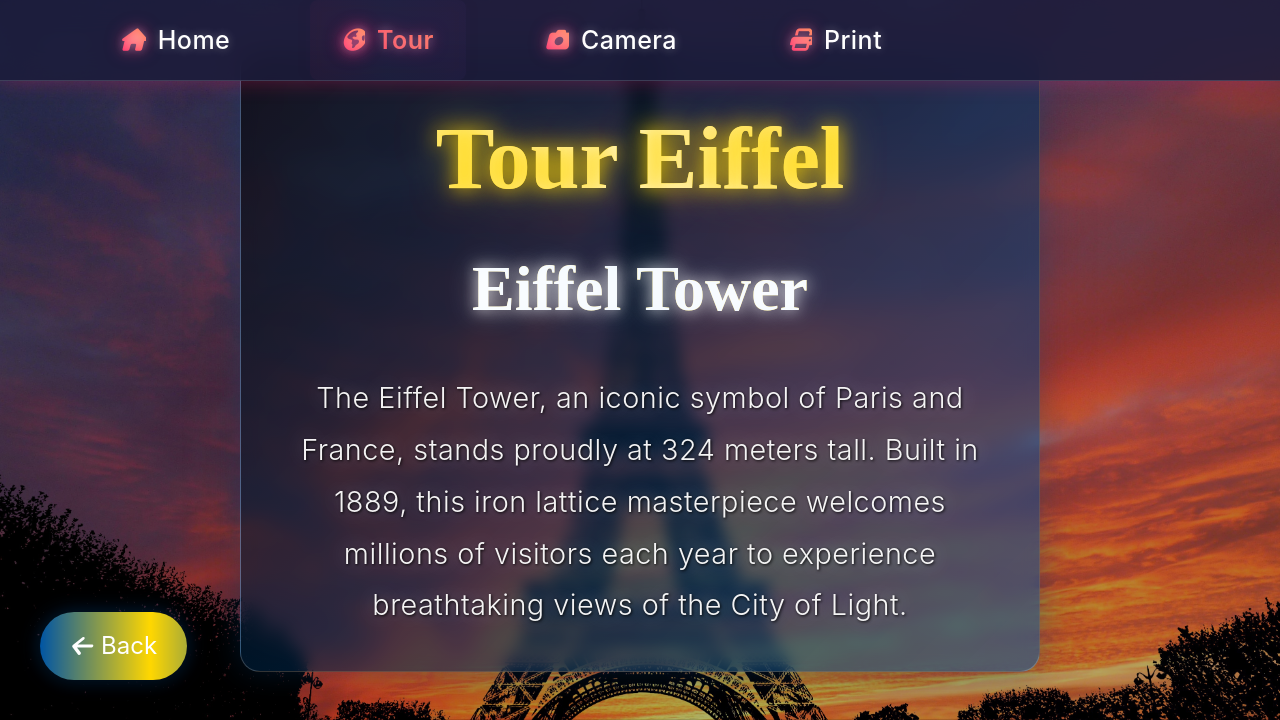
Repository: huang-heavenly-Emperor/NewYork
Page: eiffel.html
These files come from the project's save history. The page is drawn as it stood at one moment and after the next save; the edit follows.
The browser window is 1280 px wide. The pictures show the whole page.

Above is the page before, as saved 2025-02-19 15:03:29.

### eiffel.html
<!DOCTYPE html>
<html lang="en">

<head>
  <meta charset="UTF-8">
  <meta name="viewport" content="width=device-width, initial-scale=1.0">
  <title>Eiffel Tower - France</title>
  <link rel="stylesheet" href="css/style.css">
  <link rel="stylesheet" href="css/eiffel.css">
  <link rel="stylesheet" href="css/animations.css">
  <link rel="stylesheet" href="lib/font-awesome.css">
</head>

<body>
  <!-- 开场动画 -->
  <div class="page-entrance">
    <div class="entrance-content">
      <h1 class="entrance-title">
        <span class="french">Tour Eiffel</span>
        <span class="english">Eiffel Tower</span>
      </h1>
      <div class="entrance-line"></div>
      <p class="entrance-subtitle">Symbol of Paris</p>
    </div>
  </div>

  <!-- 页面主要内容 -->
  <div class="content-delay">
    <!-- Main navigation -->
    <nav class="main-nav">
      <ul class="nav-links">
        <li>
          <a href="index.html">
            <i class="fas fa-home"></i>
            Home
          </a>
        </li>
        <li class="dropdown">
          <a href="tour.html" class="active">
            <i class="fas fa-globe-americas"></i>
            Tour
          </a>
          <ul class="dropdown-menu">
            <li class="nested-dropdown">
              <a href="france.html" class="active">
                Europe
              </a>
              <ul class="nested-dropdown-menu">
                <li>
                  <a href="eiffel.html" class="active">
                    <span>Eiffel Tower</span>
                  </a>
                </li>
                <li>
                  <a href="louvre.html">
                    <span>Louvre Museum</span>
                  </a>
                </li>
              </ul>
            </li>
          </ul>
        </li>
        <li>
          <a href="camera.html">
            <i class="fas fa-camera"></i>
            Camera
          </a>
        </li>
        <li>
          <a href="print.html">
            <i class="fas fa-print"></i>
            Print
          </a>
        </li>
      </ul>
    </nav>

    <div class="banner">
      <img src="images/eiffel2.jpg" alt="Eiffel Tower">
      <div class="banner-text">
        <h1>
          <span class="french">Tour Eiffel</span>
          <span class="english">Eiffel Tower</span>
        </h1>
        <p>
          The Eiffel Tower, an iconic symbol of Paris and France, stands proudly at 324 meters tall. Built in 1889, this iron lattice masterpiece welcomes millions of visitors each year to experience breathtaking views of the City of Light.
        </p>
      </div>
    </div>

    <a href="france.html" class="back-button">
      <i class="fas fa-arrow-left"></i>
      <span>Back</span>
    </a>
  </div>

  <script>
    document.addEventListener('DOMContentLoaded', function() {
      // 页面入场动画
      const pageEntrance = document.querySelector('.page-entrance');
      const contentDelay = document.querySelector('.content-delay');

      setTimeout(() => {
        pageEntrance.style.opacity = '0';
        pageEntrance.style.visibility = 'hidden';
        contentDelay.style.opacity = '1';
      }, 2000);
    });
  </script>
</body>

</html>

### css/eiffel.css
/* Base styles */
* {
    margin: 0;
    padding: 0;
    box-sizing: border-box;
}

body {
    font-family: 'Inter', sans-serif;
    line-height: 1.6;
    color: #ffffff;
    background: #000000;
    height: 100vh;
    overflow: hidden;
}

/* Banner section */
.banner {
    position: relative;
    width: 100vw;
    height: 100vh;
    overflow: hidden;
    display: flex;
    flex-direction: column;
    align-items: center;
    justify-content: center;
}

.banner img {
    position: absolute;
    top: 0;
    left: 0;
    width: 100%;
    height: 100%;
    object-fit: cover;
    filter: brightness(0.75) saturate(1.1);
    animation: zoomIn 1.5s ease-out forwards;
    z-index: 1;
}

.banner h1 {
    position: relative;
    font-family: 'Playfair Display', serif;
    font-size: 5rem;
    background: linear-gradient(45deg,
        #FFFFFF 0%,
        #FFD700 50%,
        #FFFFFF 100%
    );
    -webkit-background-clip: text;
    -webkit-text-fill-color: transparent;
    text-shadow:
        0 0 15px rgba(255, 215, 0, 0.8),
        0 0 30px rgba(255, 215, 0, 0.4);
    opacity: 0;
    animation: titleReveal 1.2s ease-out 0.8s forwards;
    z-index: 2;
    margin-bottom: 2rem;
    text-align: center;
}

.banner h1 .french {
    display: block;
    font-size: 5.5rem;
    margin-bottom: 0.5rem;
    background: linear-gradient(45deg,
        #FFD700 0%,
        #FFF8DC 50%,
        #FFD700 100%
    );
    -webkit-background-clip: text;
    -webkit-text-fill-color: transparent;
    text-shadow:
        0 0 20px rgba(255, 215, 0, 0.9),
        0 0 40px rgba(255, 215, 0, 0.5);
}

.banner h1 .english {
    display: block;
    font-size: 4rem;
    background: linear-gradient(45deg,
        #FFFFFF 0%,
        #F0F8FF 50%,
        #FFFFFF 100%
    );
    -webkit-background-clip: text;
    -webkit-text-fill-color: transparent;
    text-shadow:
        0 0 15px rgba(255, 255, 255, 0.8),
        0 0 30px rgba(255, 255, 255, 0.4);
}

/* Article content */
.content {
    position: relative;
    max-width: 800px;
    width: 90%;
    padding: 2rem;
    z-index: 2;
    opacity: 0;
    animation: contentFadeIn 1s ease-out 1.5s forwards;
}

.banner-text {
    position: relative;
    max-width: 800px;
    width: 90%;
    padding: 2.5rem;
    z-index: 2;
    opacity: 0;
    animation: contentFadeIn 1s ease-out 1.5s forwards;
    background: linear-gradient(
        135deg,
        rgba(0, 0, 0, 0.65) 0%,
        rgba(0, 85, 164, 0.55) 100%
    );
    backdrop-filter: blur(8px);
    -webkit-backdrop-filter: blur(8px);
    border-radius: 20px;
    border: 1px solid rgba(255, 255, 255, 0.2);
    box-shadow:
        0 0 30px rgba(0, 85, 164, 0.25),
        0 0 60px rgba(0, 0, 0, 0.2);
}

.banner-text p {
    font-size: 1.8rem;
    line-height: 1.8;
    color: rgba(255, 255, 255, 0.95);
    text-align: center;
    text-shadow:
        1px 1px 3px rgba(0, 0, 0, 0.9),
        0 0 20px rgba(255, 255, 255, 0.3);
    letter-spacing: 0.5px;
    font-weight: 300;
}

/* Page entrance animation */
.page-entrance {
    position: fixed;
    top: 0;
    left: 0;
    width: 100%;
    height: 100%;
    background: #000;
    display: flex;
    justify-content: center;
    align-items: center;
    z-index: 1000;
    transition: opacity 0.5s ease, visibility 0.5s ease;
}

.entrance-content {
    text-align: center;
    opacity: 0;
    animation: entranceFadeIn 1s ease forwards 0.5s;
}

.entrance-title {
    margin-bottom: 2rem;
}

.entrance-title .french {
    display: block;
    font-size: 5rem;
    background: linear-gradient(45deg,
        #FFD700 0%,
        #FFF8DC 50%,
        #FFD700 100%
    );
    -webkit-background-clip: text;
    -webkit-text-fill-color: transparent;
    margin-bottom: 1rem;
    text-shadow: 0 0 20px rgba(255, 215, 0, 0.6);
    opacity: 0;
    animation: titleGlow 2s ease forwards;
}

.entrance-title .english {
    display: block;
    font-size: 3rem;
    background: linear-gradient(45deg,
        #FFFFFF 0%,
        #F0F8FF 50%,
        #FFFFFF 100%
    );
    -webkit-background-clip: text;
    -webkit-text-fill-color: transparent;
    text-transform: uppercase;
    letter-spacing: 0.2em;
    opacity: 0;
    animation: titleReveal 1.5s ease forwards 0.5s;
    text-shadow: 0 0 15px rgba(255, 255, 255, 0.6);
}

.entrance-line {
    width: 0;
    height: 2px;
    background: linear-gradient(to right, transparent, #FFD700, transparent);
    margin: 2rem auto;
    animation: lineExpand 1s ease-out forwards 1s;
}

.entrance-subtitle {
    font-size: 1.5rem;
    background: linear-gradient(45deg,
        #FFD700 0%,
        #FFFFFF 50%,
        #FFD700 100%
    );
    -webkit-background-clip: text;
    -webkit-text-fill-color: transparent;
    opacity: 0;
    animation: subtitleFade 1s ease forwards 1.5s;
    text-shadow: 0 0 10px rgba(255, 215, 0, 0.4);
}

/* Back button */
.back-button {
    position: fixed;
    bottom: 40px;
    left: 40px;
    padding: 15px 30px;
    font-size: 24px;
    color: #ffffff;
    background: linear-gradient(
        270deg,
        #0055A4,
        #FFD700,
        #0055A4,
        #FFD700,
        #0055A4
    );
    background-size: 300% 100%;
    border: none;
    border-radius: 50px;
    cursor: pointer;
    display: flex;
    align-items: center;
    gap: 10px;
    text-decoration: none;
    transition: all 0.3s ease;
    z-index: 1000;
    box-shadow: 0 4px 15px rgba(0, 0, 0, 0.3),
                0 0 20px rgba(0, 85, 164, 0.4);
    animation: gradientMove 4s linear infinite;
}

.back-button:hover {
    transform: translateY(-3px);
    box-shadow: 0 6px 20px rgba(0, 0, 0, 0.4),
                0 0 30px rgba(0, 85, 164, 0.6),
                0 0 50px rgba(255, 215, 0, 0.4);
    animation: gradientMove 2s linear infinite;
}

.back-button i {
    font-size: 24px;
}

/* Animations */
@keyframes zoomIn {
    0% {
        transform: scale(1.2);
        filter: brightness(0);
    }
    100% {
        transform: scale(1);
        filter: brightness(0.7) saturate(1.2);
    }
}

@keyframes titleReveal {
    0% {
        opacity: 0;
        transform: translateY(-20px);
    }
    100% {
        opacity: 1;
        transform: translateY(0);
    }
}

@keyframes contentFadeIn {
    0% {
        opacity: 0;
        transform: translateY(30px);
    }
    100% {
        opacity: 1;
        transform: translateY(0);
    }
}

@keyframes gradientMove {
    0% {
        background-position: 0% 50%;
    }
    100% {
        background-position: 300% 50%;
    }
}

@keyframes entranceFadeIn {
    0% {
        opacity: 0;
        transform: translateY(30px);
    }
    100% {
        opacity: 1;
        transform: translateY(0);
    }
}

@keyframes titleGlow {
    0% {
        opacity: 0;
        text-shadow: 0 0 0 rgba(255, 215, 0, 0);
    }
    50% {
        opacity: 0.5;
        text-shadow: 0 0 30px rgba(255, 215, 0, 0.6);
    }
    100% {
        opacity: 1;
        text-shadow: 0 0 20px rgba(255, 215, 0, 0.4);
    }
}

@keyframes lineExpand {
    0% {
        width: 0;
    }
    100% {
        width: 200px;
    }
}

@keyframes subtitleFade {
    0% {
        opacity: 0;
        transform: translateY(20px);
    }
    100% {
        opacity: 1;
        transform: translateY(0);
    }
}

/* Responsive design */
@media (max-width: 768px) {
    .banner h1 {
        font-size: 3.5rem;
    }

    .banner h1 .french {
        font-size: 4rem;
    }

    .banner h1 .english {
        font-size: 3rem;
    }

    .banner-text p {
        font-size: 1.4rem;
    }

    .back-button {
        padding: 12px 25px;
        font-size: 20px;
    }
}

@media (max-width: 480px) {
    .banner h1 {
        font-size: 2.5rem;
    }

    .banner h1 .french {
        font-size: 3rem;
    }

    .banner h1 .english {
        font-size: 2.2rem;
    }

    .banner-text p {
        font-size: 1.2rem;
    }

    .back-button {
        padding: 10px 20px;
        font-size: 18px;
    }
}

### css/animations.css
/* Opening animation */
@keyframes fadeInScale {
  0% {
    opacity: 0;
    transform: scale(0.9);
  }
  50% {
    opacity: 0.5;
    transform: scale(1.02);
  }
  100% {
    opacity: 1;
    transform: scale(1);
  }
}

@keyframes slideInFromBottom {
  0% {
    opacity: 0;
    transform: translate(-50%, 50px);
  }
  60% {
    opacity: 0.8;
    transform: translate(-50%, -5px);
  }
  80% {
    transform: translate(-50%, 2px);
  }
  100% {
    opacity: 1;
    transform: translate(-50%, 0);
  }
}

@keyframes slideInFromTop {
  0% {
    opacity: 0;
    transform: translateY(-30px);
  }
  100% {
    opacity: 1;
    transform: translateY(0);
  }
}

@keyframes fadeInRotate {
  0% {
    opacity: 0;
    transform: rotate(-10deg) scale(0.95);
  }
  100% {
    opacity: 1;
    transform: rotate(0) scale(1);
  }
}

/* Navigation bar animation */
.main-nav {
  animation: slideInFromTop 0.8s cubic-bezier(0.34, 1.56, 0.64, 1);
}

.nav-links li {
  opacity: 0;
  animation: fadeInRotate 0.6s cubic-bezier(0.34, 1.56, 0.64, 1) forwards;
}

.nav-links li:nth-child(1) { animation-delay: 0.2s; }
.nav-links li:nth-child(2) { animation-delay: 0.3s; }
.nav-links li:nth-child(3) { animation-delay: 0.4s; }
.nav-links li:nth-child(4) { animation-delay: 0.5s; }

/* Navigation link hover effect */
.nav-links a {
  transition: all 0.3s cubic-bezier(0.34, 1.56, 0.64, 1);
}

.nav-links a:hover {
  transform: translateY(-2px) scale(1.05);
  text-shadow: 0 2px 4px rgba(0, 0, 0, 0.2);
}

/* Rocket animation */
.rocketManSVG {
  opacity: 0;
  animation: fadeInScale 1s cubic-bezier(0.23, 1, 0.32, 1) 1s forwards;
}

/* Star animation */
.star {
  opacity: 0;
  animation: fadeInRotate 0.8s cubic-bezier(0.34, 1.56, 0.64, 1) forwards;
}

.starContainer .star:nth-child(odd) {
  animation-delay: 0.5s;
}

.starContainer .star:nth-child(even) {
  animation-delay: 0.7s;
}

/* Satellite animation */
.satellite {
  opacity: 0;
  animation: fadeInScale 1s cubic-bezier(0.23, 1, 0.32, 1) 1.2s forwards;
}

/* Title animation */
.demo--dancing-shadows__title {
  animation: fadeInScale 1.8s cubic-bezier(0.23, 1, 0.32, 1);
}

.text-wrapper {
  animation: fadeInScale 2s cubic-bezier(0.23, 1, 0.32, 1) 0.2s backwards;
}

/* CTA button animation */
.cta-wrapper {
  position: fixed;
  bottom: 50px;
  left: 50%;
  transform: translateX(-50%);
  z-index: 1000;
  animation: slideInFromBottom 1.2s cubic-bezier(0.34, 1.56, 0.64, 1) 1.5s backwards;
  opacity: 1;
}

.cta-button {
  transition: all 0.5s cubic-bezier(0.34, 1.56, 0.64, 1);
  will-change: transform;
  position: relative;
  z-index: 1000;
  opacity: 1;
}

.cta-button:hover {
  transform: translateY(-6px) scale(1.03);
  box-shadow: 0 12px 35px rgba(255, 107, 107, 0.4);
  background: linear-gradient(135deg,
    rgba(255, 127, 127, 0.98),
    rgba(255, 127, 167, 0.98)
  );
  letter-spacing: 1px;
}

.cta-button:active {
  transform: translateY(-2px) scale(0.98);
  box-shadow: 0 6px 20px rgba(255, 107, 107, 0.4);
  transition: all 0.2s cubic-bezier(0.34, 1.56, 0.64, 1);
}

/* Text hover effect */
.text-item {
  transition: all 0.4s cubic-bezier(0.34, 1.56, 0.64, 1);
  will-change: transform;
}

.text-item:hover {
  transform: translateY(-4px) scale(1.08);
  text-shadow: 0 0.15rem black,
               0 0.25rem black,
               0 0.35rem black,
               0 0.45rem black,
               0 0.65rem black,
               0 0.75rem rgba(255, 255, 255, 0.8),
               0 0.85rem rgba(255, 255, 255, 0.6);
}

/* Background animation effect */
.demo--dancing-shadows__title:before {
  transition: all 0.8s cubic-bezier(0.23, 1, 0.32, 1);
}

.demo--dancing-shadows__title:hover:before {
  filter: hue-rotate(25deg) brightness(1.15);
}

/* 页面开场动画 */
.page-entrance {
    position: fixed;
    top: 0;
    left: 0;
    width: 100%;
    height: 100%;
    background: #000;
    z-index: 9999;
    display: flex;
    justify-content: center;
    align-items: center;
    animation: fadeOut 0.5s ease forwards 2.5s;
}

.entrance-content {
    text-align: center;
    opacity: 0;
    animation: contentFadeIn 0.8s ease forwards 0.5s;
}

.entrance-title {
    font-size: 4rem;
    color: transparent;
    position: relative;
    margin-bottom: 1rem;
}

.entrance-title .chinese {
    display: block;
    font-family: "STKaiti", "楷体", serif;
    font-size: 5rem;
    background: linear-gradient(120deg, #FFD700, #FFA500);
    -webkit-background-clip: text;
    background-clip: text;
    opacity: 0;
    transform: translateY(20px);
    animation: titleReveal 0.8s ease forwards 0.8s;
}

.entrance-title .english {
    display: block;
    font-family: "Playfair Display", serif;
    font-size: 2.5rem;
    color: #fff;
    opacity: 0;
    transform: translateY(20px);
    animation: titleReveal 0.8s ease forwards 1.2s;
}

.entrance-line {
    width: 0;
    height: 2px;
    background: linear-gradient(90deg,
        transparent,
        #FFD700,
        #FFA500,
        #FFD700,
        transparent
    );
    margin: 20px auto;
    animation: lineGrow 0.6s ease forwards 1.6s;
}

.entrance-subtitle {
    font-size: 1.2rem;
    color: rgba(255, 255, 255, 0.8);
    opacity: 0;
    transform: translateY(20px);
    animation: titleReveal 0.8s ease forwards 1.8s;
}

/* 开场动画关键帧 */
@keyframes fadeOut {
    to {
        opacity: 0;
        visibility: hidden;
    }
}

@keyframes contentFadeIn {
    from {
        opacity: 0;
        transform: translateY(30px);
    }
    to {
        opacity: 1;
        transform: translateY(0);
    }
}

@keyframes titleReveal {
    from {
        opacity: 0;
        transform: translateY(20px);
    }
    to {
        opacity: 1;
        transform: translateY(0);
    }
}

@keyframes lineGrow {
    from {
        width: 0;
    }
    to {
        width: 300px;
    }
}

/* 页面内容延迟显示 */
.content-delay {
    opacity: 0;
    animation: contentAppear 1s ease forwards 3s;
}

@keyframes contentAppear {
    to {
        opacity: 1;
    }
}

### lib/font-awesome.css
@font-face {
    font-family: 'Font Awesome 6 Free';
    font-style: normal;
    font-weight: 900;
    src: url('webfonts/fa-solid-900.woff2') format('woff2');
}

.fas {
    font-family: 'Font Awesome 6 Free';
    font-weight: 900;
}

.fa-home:before {
    content: "\f015";
}

.fa-globe-americas:before {
    content: "\f57d";
}

.fa-torii-gate:before {
    content: "\f6a1";
}

.fa-sun:before {
    content: "\f185";
}

.fa-landmark:before {
    content: "\f66f";
}

.fa-flag-usa:before {
    content: "\f74d";
}

.fa-star:before {
    content: "\f005";
}

.fa-chart-line:before {
    content: "\f201";
}

.fa-city:before {
    content: "\f64f";
}

.fa-tree:before {
    content: "\f1bb";
}

.fa-theater-masks:before {
    content: "\f630";
}

.fa-ellipsis-h:before {
    content: "\f141";
}

.fa-camera:before {
    content: "\f030";
}

.fa-print:before {
    content: "\f02f";
}

.fa-arrow-left:before {
    content: "\f060";
}

Loaded but not shown: css/style.css (502 lines, source omitted)

After the next save:
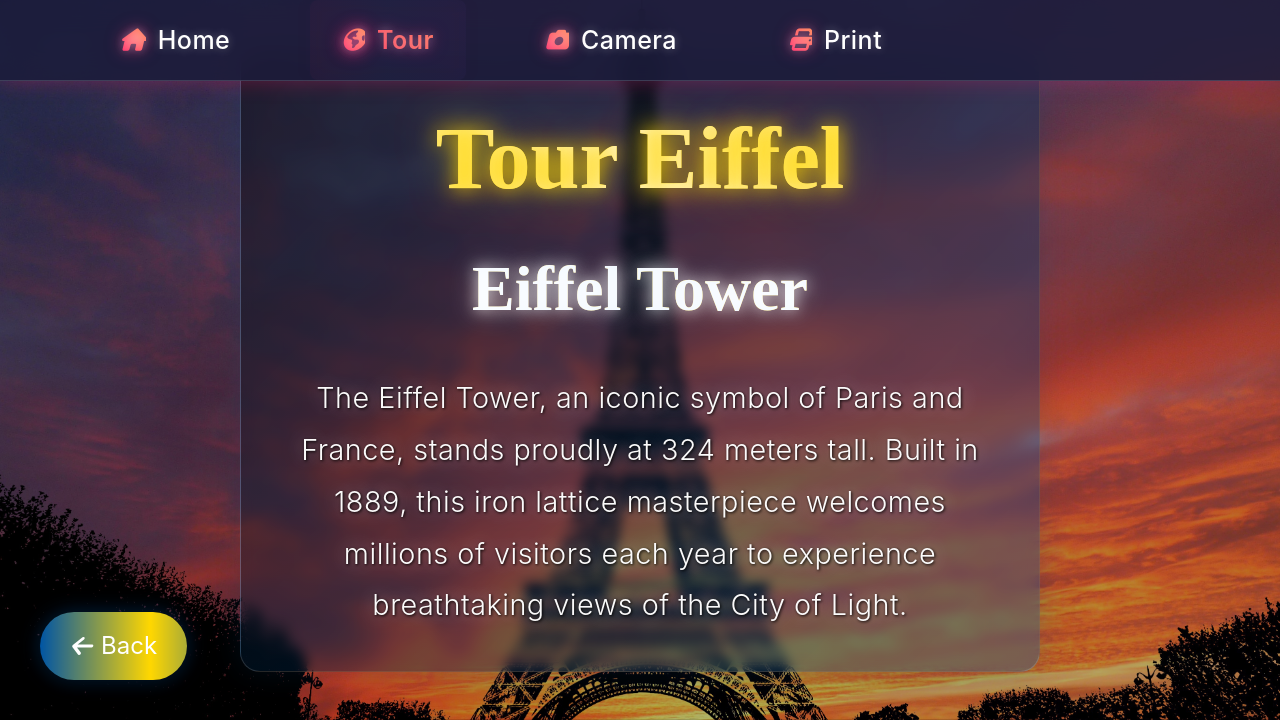
Saved 34 s later.
--- a/css/eiffel.css
+++ b/css/eiffel.css
@@ -33,7 +33,7 @@ body {
     width: 100%;
     height: 100%;
     object-fit: cover;
-    filter: brightness(0.75) saturate(1.1);
+    filter: brightness(0.8) saturate(1.05);
     animation: zoomIn 1.5s ease-out forwards;
     z-index: 1;
 }
@@ -111,26 +111,26 @@ body {
     animation: contentFadeIn 1s ease-out 1.5s forwards;
     background: linear-gradient(
         135deg,
-        rgba(0, 0, 0, 0.65) 0%,
-        rgba(0, 85, 164, 0.55) 100%
-    );
-    backdrop-filter: blur(8px);
-    -webkit-backdrop-filter: blur(8px);
+        rgba(0, 0, 0, 0.45) 0%,
+        rgba(0, 85, 164, 0.35) 100%
+    );
+    backdrop-filter: blur(6px);
+    -webkit-backdrop-filter: blur(6px);
     border-radius: 20px;
-    border: 1px solid rgba(255, 255, 255, 0.2);
+    border: 1px solid rgba(255, 255, 255, 0.15);
     box-shadow:
-        0 0 30px rgba(0, 85, 164, 0.25),
-        0 0 60px rgba(0, 0, 0, 0.2);
+        0 0 30px rgba(0, 85, 164, 0.15),
+        0 0 60px rgba(0, 0, 0, 0.1);
 }
 
 .banner-text p {
     font-size: 1.8rem;
     line-height: 1.8;
-    color: rgba(255, 255, 255, 0.95);
+    color: rgba(255, 255, 255, 0.98);
     text-align: center;
     text-shadow:
-        1px 1px 3px rgba(0, 0, 0, 0.9),
-        0 0 20px rgba(255, 255, 255, 0.3);
+        1px 1px 3px rgba(0, 0, 0, 0.95),
+        0 0 20px rgba(255, 255, 255, 0.4);
     letter-spacing: 0.5px;
     font-weight: 300;
 }
